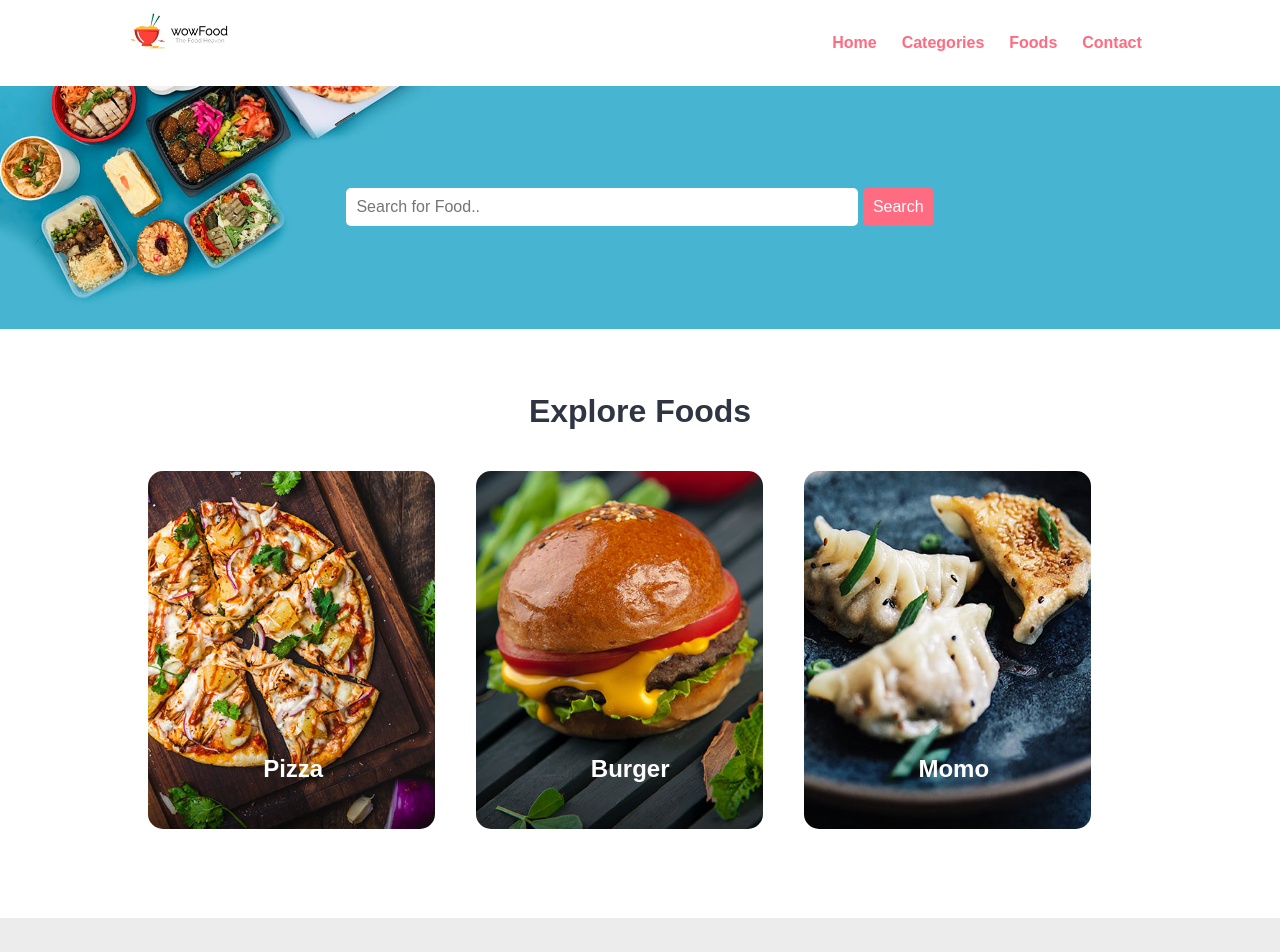
Repository: Saviour-Dagadu/food-order-front
Page: index.html
These files come from the project's save history. The page is drawn as it stood at one moment and after the next save; the edit follows.
The browser window is 1280 px wide. The pictures show the part of the page from y = 0 to 952 px (the page is 2355 px tall before and 2170 px after).
A picture or video elsewhere on the page could not be fetched, so the positions and the page height are approximate.

Above is the page before, as saved 2024-05-10 17:36:36.

### index.html
<!DOCTYPE html>
<html lang="en">
<head>
    <meta charset="UTF-8">
    <!-- Important to make website responsive -->
    <meta name="viewport" content="width=device-width, initial-scale=1.0">
    <title>Restaurant Website</title>

    <!-- Link our CSS file -->
    <link rel="stylesheet" href="css/style.css">
</head>

<body>
    <!-- Navbar Section Starts Here -->
    <section class="navbar">
        <div class="container">
            <div class="logo">
                <a href="#" title="Logo">
                    <img src="images/logo.png" alt="Restaurant Logo" class="img-responsive">
                </a>
            </div>

            <div class="menu text-right">
                <ul>
                    <li>
                        <a href="index.html">Home</a>
                    </li>
                    <li>
                        <a href="categories.html">Categories</a>
                    </li>
                    <li>
                        <a href="foods.html">Foods</a>
                    </li>
                    <li>
                        <a href="contact.html">Contact</a>
                    </li>
                </ul>
            </div>

            <div class="clearfix"></div>
        </div>
    </section>
    <!-- Navbar Section Ends Here -->

    <!-- fOOD sEARCH Section Starts Here -->
    <section class="food-search text-center">
        <div class="container">

            <form action="underConstruction.html" method="POST">
                <input type="search" name="search" placeholder="Search for Food.." required>
                <input type="submit" name="submit" value="Search" class="btn btn-primary">
            </form>

        </div>
    </section>
    <!-- fOOD sEARCH Section Ends Here -->

    <!-- CAtegories Section Starts Here -->
    <section class="categories">
        <div class="container">
            <h2 class="text-center">Explore Foods</h2>

            <a href="category-foods.html">
            <div class="box-3 float-container">
                <img src="images/pizza.jpg" alt="Pizza" class="img-responsive img-curve">

                <h3 class="float-text text-white">Pizza</h3>
            </div>
            </a>

            <a href="#">
            <div class="box-3 float-container">
                <img src="images/burger.jpg" alt="Burger" class="img-responsive img-curve">

                <h3 class="float-text text-white">Burger</h3>
            </div>
            </a>

            <a href="#">
            <div class="box-3 float-container">
                <img src="images/momo.jpg" alt="Momo" class="img-responsive img-curve">

                <h3 class="float-text text-white">Momo</h3>
            </div>
            </a>

            <div class="clearfix"></div>
        </div>
    </section>
    <!-- Categories Section Ends Here -->

    <!-- fOOD MEnu Section Starts Here -->
    <section class="food-menu">
        <div class="container">
            <h2 class="text-center">Food Menu</h2>

            <div class="food-menu-box">
                <div class="food-menu-img">
                    <img src="images/menu-pizza.jpg" alt="Chicke Hawain Pizza" class="img-responsive img-curve">
                </div>

                <div class="food-menu-desc">
                    <h4>Food Title</h4>
                    <p class="food-price">$2.3</p>
                    <p class="food-detail">
                        Made with Italian Sauce, Chicken, and organice vegetables.
                    </p>
                    <br>

                    <a href="order.html" class="btn btn-primary">Order Now</a>
                </div>
            </div>

            <div class="food-menu-box">
                <div class="food-menu-img">
                    <img src="images/menu-burger.jpg" alt="Chicke Hawain Pizza" class="img-responsive img-curve">
                </div>

                <div class="food-menu-desc">
                    <h4>Smoky Burger</h4>
                    <p class="food-price">$2.3</p>
                    <p class="food-detail">
                        Made with Italian Sauce, Chicken, and organice vegetables.
                    </p>
                    <br>

                    <a href="#" class="btn btn-primary">Order Now</a>
                </div>
            </div>

            <div class="food-menu-box">
                <div class="food-menu-img">
                    <img src="images/menu-burger.jpg" alt="Chicke Hawain Burger" class="img-responsive img-curve">
                </div>

                <div class="food-menu-desc">
                    <h4>Nice Burger</h4>
                    <p class="food-price">$2.3</p>
                    <p class="food-detail">
                        Made with Italian Sauce, Chicken, and organice vegetables.
                    </p>
                    <br>

                    <a href="#" class="btn btn-primary">Order Now</a>
                </div>
            </div>

            <div class="food-menu-box">
                <div class="food-menu-img">
                    <img src="images/menu-pizza.jpg" alt="Chicke Hawain Pizza" class="img-responsive img-curve">
                </div>

                <div class="food-menu-desc">
                    <h4>Food Title</h4>
                    <p class="food-price">$2.3</p>
                    <p class="food-detail">
                        Made with Italian Sauce, Chicken, and organice vegetables.
                    </p>
                    <br>

                    <a href="#" class="btn btn-primary">Order Now</a>
                </div>
            </div>

            <div class="food-menu-box">
                <div class="food-menu-img">
                    <img src="images/menu-pizza.jpg" alt="Chicke Hawain Pizza" class="img-responsive img-curve">
                </div>

                <div class="food-menu-desc">
                    <h4>Food Title</h4>
                    <p class="food-price">$2.3</p>
                    <p class="food-detail">
                        Made with Italian Sauce, Chicken, and organice vegetables.
                    </p>
                    <br>

                    <a href="#" class="btn btn-primary">Order Now</a>
                </div>
            </div>

            <div class="food-menu-box">
                <div class="food-menu-img">
                    <img src="images/menu-momo.jpg" alt="Chicke Hawain Momo" class="img-responsive img-curve">
                </div>

                <div class="food-menu-desc">
                    <h4>Chicken Steam Momo</h4>
                    <p class="food-price">$2.3</p>
                    <p class="food-detail">
                        Made with Italian Sauce, Chicken, and organice vegetables.
                    </p>
                    <br>

                    <a href="#" class="btn btn-primary">Order Now</a>
                </div>
            </div>


            <div class="clearfix"></div>



        </div>

        <p class="text-center">
            <a href="#">See All Foods</a>
        </p>
    </section>
    <!-- fOOD Menu Section Ends Here -->

    <!-- social Section Starts Here -->
<section class="social">
	<div class="container text-center">
		<ul>
			<li>
				<a href="https://www.facebook.com/saviou/"><img src="https://img.icons8.com/fluent/50/000000/facebook-new.png"/></a>
			</li>
			<li>
				<a href="https://www.instagram.com/saviour_dagadu/"><img src="https://img.icons8.com/fluent/48/000000/instagram-new.png"/></a>
			</li>
			<li>
				<a href="https://twitter.com/savicode"><img src="https://img.icons8.com/fluent/48/000000/twitter.png"/></a>
			</li>
		</ul>
	</div>
</section>
<!-- social Section Ends Here -->

<!-- footer Section Starts Here -->
<section class="footer">
	<div class="container text-center">
		<p>All rights reserved. Designed By <a href="https://saviourdagadu.netlify.app/">Saviour Dagadu</a></p>
	</div>
</section>
<!-- footer Section Ends Here -->

</body>
</html>

### css/style.css
/*
    Author: Vijay Thapa;
    Theme: Restaurant Food Order;
    version: 1.0;
*/

/* CSS for All */
*{
    margin: 0 0;
    padding: 0 0;
    font-family: Arial, Helvetica, sans-serif;
}
.container{
    width: 80%;
    margin: 0 auto;
    padding: 1%;
}
.img-responsive{
    width: 100%;
}
.img-curve{
    border-radius: 15px;
}

.text-right{
    text-align: right;
}
.text-center{
    text-align: center;
}
.text-left{
    text-align: left;
}
.text-white{
    color: white;
}

.clearfix{
    clear: both;
    float: none;
}

a{
    color: #ff6b81;
    text-decoration: none;
}
a:hover{
    color: #ff4757;
}

.btn{
    padding: 1%;
    border: none;
    font-size: 1rem;
    border-radius: 5px;
}
.btn-primary{
    background-color: #ff6b81;
    color: white;
    cursor: pointer;
}
.btn-primary:hover{
    color: white;
    background-color: #ff4757;
}
h2{
    color: #2f3542;
    font-size: 2rem;
    margin-bottom: 2%;
}
h3{
    font-size: 1.5rem;
}
.float-container{
    position: relative;
}
.float-text{
    position: absolute;
    bottom: 50px;
    left: 40%;
}
fieldset{
    border: 1px solid white;
    margin: 5%;
    padding: 3%;
    border-radius: 5px;
}


/* CSSS for navbar section */

.logo{
    width: 10%;
    float: left;
}
.menu{
    line-height: 60px;
}
.menu ul{
    list-style-type: none;
}

.menu ul li{
    display: inline;
    padding: 1%;
    font-weight: bold;
}


/* CSS for Food SEarch Section */

.food-search{
    background-image: url(../images/bg.jpg);
    background-size: cover;
    background-repeat: no-repeat;
    background-position: center;
    padding: 7% 0;
}

.food-search input[type="search"]{
    width: 50%;
    padding: 1%;
    font-size: 1rem;
    border: none;
    border-radius: 5px;
}


/* CSS for Categories */
.categories{
    padding: 4% 0;
}

.box-3{
    width: 28%;
    float: left;
    margin: 2%;
}


/* CSS for Food Menu */
.food-menu{
    background-color: #ececec;
    padding: 4% 0;
}
.food-menu-box{
    width: 43%;
    margin: 1%;
    padding: 2%;
    float: left;
    background-color: white;
    border-radius: 15px;
}

.food-menu-img{
    width: 20%;
    float: left;
}

.food-menu-desc{
    width: 70%;
    float: left;
    margin-left: 8%;
}

.food-price{
    font-size: 1.2rem;
    margin: 2% 0;
}
.food-detail{
    font-size: 1rem;
    color: #747d8c;
}


/* CSS for Social */
.social ul{
    list-style-type: none;
}
.social ul li{
    display: inline;
    padding: 1%;
}

/* for Order Section */
.order{
    width: 50%;
    margin: 0 auto;
}
.input-responsive{
    width: 96%;
    padding: 1%;
    margin-bottom: 3%;
    border: none;
    border-radius: 5px;
    font-size: 1rem;
}
.order-label{
    margin-bottom: 1%;
    font-weight: bold;
}

/* Contact Section*/

#info{
    padding: 30px 0;
}

#info .container{
     display: flex;
}

#info .info{
    width: 28%;
    height: 300px;
    border-radius: 10px;
    overflow: hidden;

}

#info .info-text{
    border: 1px solid lightgray;
    padding: 10px;
}

#info .info-text h4{
    margin: 5px;
}

#info .info-text .info-text-call{
    margin-bottom: 20px;
}

#info .info-image{
margin-right: 10px;
overflow: hidden;
box-shadow: 0 0 5px #333;
transform: scale (1.04);
transition: all .4s ease-in-out;
}

#info .info-image:hover{
transform: translateY(-15px) scale(1.1);
box-shadow: 0 0 10px #333;
}
#info .info-image img{
max-width: 100%;
height: auto
}

#info .info-image:hover .info-image img{
opacity: 1;
}

       /* message Section */
#message{
    padding: 30px 0;
    background-color: lightgray;
}

#message .message-top{
    text-align: center;
    margin-bottom: 20px;
}

#message .message-top h3{
    text-transform: uppercase;
    margin: 0;
}

#message .message-top h3::after{
    content: "";
    display: block;
    width: 50px;
    height: 3px;
    background-color: gray;
    margin: 10px auto 0;
}

#message .message-bottom{
    color: black;
}

#message .message-bottom label{
    display: block;
    font-size: 17px;
    font-weight: 500;
    margin-bottom: 5px;
}

#message .message-bottom .form-group{
    margin-bottom: 10px;
}

#message .message-bottom .input{
    display: block;
    height: 40px;
    border-radius: 5px;
    border: 1px solid brown;
    padding-left: 10px;
    padding-right: 10px;
    width: 100%;
    font-size: 15px;
    font-family: 'Segoe UI', Tahoma, Geneva, Verdana, Sans-serif;
}

#message .message-bottom input,
#message .message-bottom textarea,
#message .message-bottom button{
    outline: none;
}

#message  textarea{
    width: 100%;
    height: 200px;
    border-radius: 5px;
    border: 1px solid brown;
    background-color: white;
    padding: 5px 10px;
    font: 15px 'Segoe UI', Tahoma, Geneva, Verdana, Sans-serif;
}

#message .message-bottom .btn{
    padding: 10px 20px;
    background-color: brown;
    text-transform: uppercase;
    font: 15px 'Segoe UI', Tahoma, Geneva, Verdana, Sans-serif;
    border: none;
    border-radius: 5px;
    font-weight: 500;
    color: #fff;
    cursor: pointer;
}


/* CSS for Mobile Size or Smaller Screen */

@media only screen and (max-width:768px){
    .logo{
        width: 80%;
        float: none;
        margin: 1% auto;
    }

    .menu ul{
        text-align: center;
    }

    .food-search input[type="search"]{
        width: 90%;
        padding: 2%;
        margin-bottom: 3%;
    }

    .btn{
        width: 91%;
        padding: 2%;
    }

    .food-search{
        padding: 10% 0;
    }

    .categories{
        padding: 20% 0;
    }
    h2{
        margin-bottom: 10%;
    }
    .box-3{
        width: 100%;
        margin: 4% auto;
    }

    .food-menu{
        padding: 20% 0;
    }

    .food-menu-box{
        width: 90%;
        padding: 5%;
        margin-bottom: 5%;
    }
    .social{
        padding: 5% 0;
    }
    .order{
        width: 100%;
    }
}

After the next save:
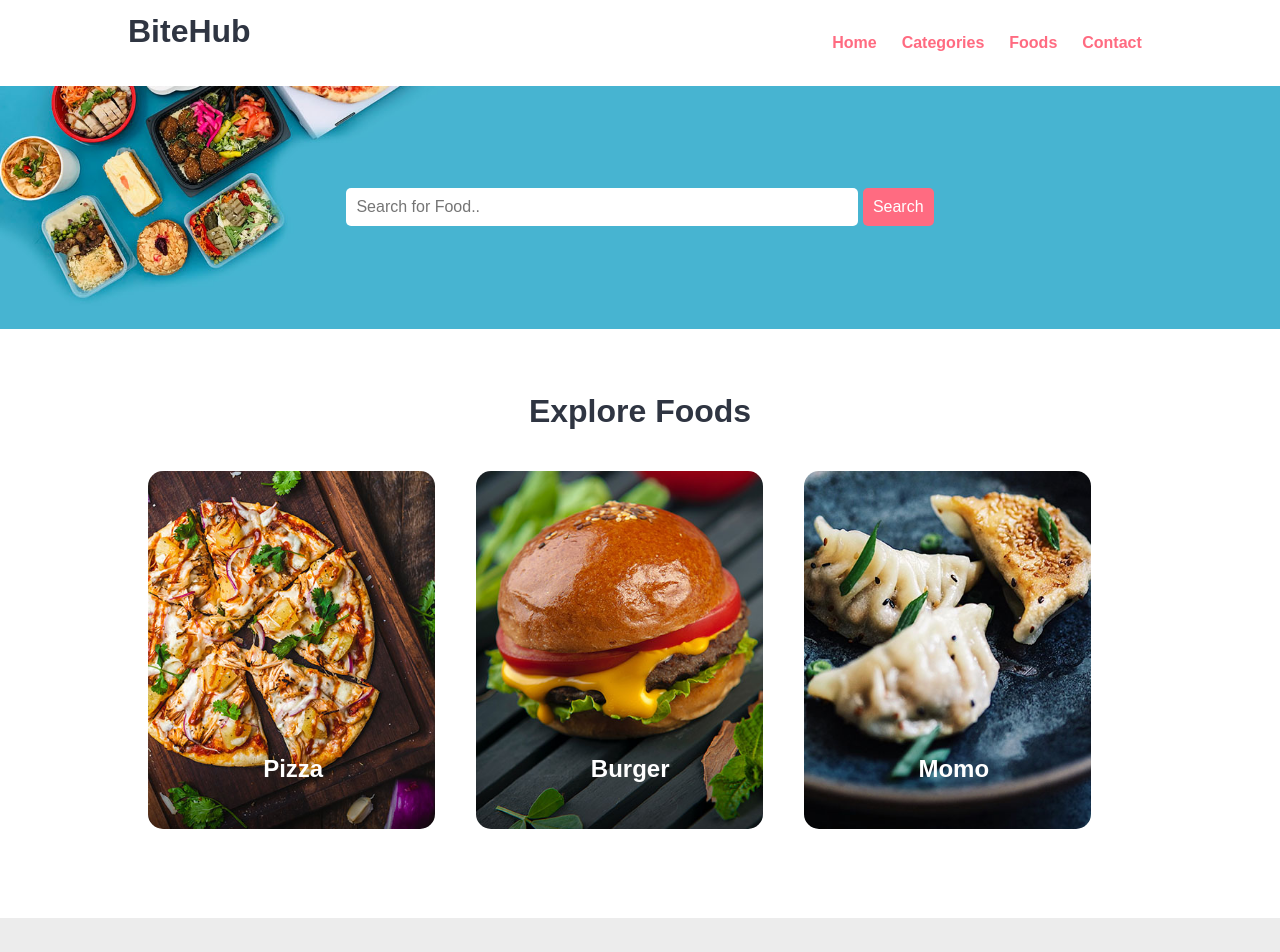
Saved 5 days later.
--- a/index.html
+++ b/index.html
@@ -16,7 +16,8 @@
         <div class="container">
             <div class="logo">
                 <a href="#" title="Logo">
-                    <img src="images/logo.png" alt="Restaurant Logo" class="img-responsive">
+                    <h2>BiteHub</h2>
+                    <!-- <img src="images/logo.png" alt="Restaurant Logo" class="img-responsive"> -->
                 </a>
             </div>
 
@@ -100,6 +101,59 @@
                 </div>
 
                 <div class="food-menu-desc">
+                    <h4>Pizza</h4>
+                    <p class="food-price">Ghc 50</p>
+                    <p class="food-detail">
+                        Made with Italian Sauce, Chicken, and organice vegetables.
+                    </p>
+                    <br>
+
+                    <a href="order.html" class="btn btn-primary">Order Now</a>
+                </div>
+            </div>
+
+            <div class="food-menu-box">
+                <div class="food-menu-img">
+                    <img src="images/menu-burger.jpg" alt="Chicke Hawain Pizza" class="img-responsive img-curve">
+                </div>
+
+                <div class="food-menu-desc">
+                    <h4>Smoky Burger</h4>
+                    <p class="food-price">Ghc 20</p>
+                    <p class="food-detail">
+                        Made with Italian Sauce, Chicken, and organice vegetables.
+                    </p>
+                    <br>
+
+                    <a href="order.html" class="btn btn-primary">Order Now</a>
+                </div>
+            </div>
+
+            <div class="food-menu-box">
+                <div class="food-menu-img">
+                    <img src="images/menu-burger.jpg" alt="Chicke Hawain Burger" class="img-responsive img-curve">
+                </div>
+
+                <div class="food-menu-desc">
+                    <h4>Nice Burger</h4>
+                    <p class="food-price">Ghc 20</p>
+                    <p class="food-detail">
+                        Made with Italian Sauce, Chicken, and organize vegetables.
+                    </p>
+                    <br>
+
+                    <a href="order.html" class="btn btn-primary">Order Now</a>
+                </div>
+            </div>
+
+
+
+            <!-- <div class="food-menu-box">
+                <div class="food-menu-img">
+                    <img src="images/menu-pizza.jpg" alt="Chicke Hawain Pizza" class="img-responsive img-curve">
+                </div>
+
+                <div class="food-menu-desc">
                     <h4>Food Title</h4>
                     <p class="food-price">$2.3</p>
                     <p class="food-detail">
@@ -109,75 +163,7 @@
 
                     <a href="order.html" class="btn btn-primary">Order Now</a>
                 </div>
-            </div>
-
-            <div class="food-menu-box">
-                <div class="food-menu-img">
-                    <img src="images/menu-burger.jpg" alt="Chicke Hawain Pizza" class="img-responsive img-curve">
-                </div>
-
-                <div class="food-menu-desc">
-                    <h4>Smoky Burger</h4>
-                    <p class="food-price">$2.3</p>
-                    <p class="food-detail">
-                        Made with Italian Sauce, Chicken, and organice vegetables.
-                    </p>
-                    <br>
-
-                    <a href="#" class="btn btn-primary">Order Now</a>
-                </div>
-            </div>
-
-            <div class="food-menu-box">
-                <div class="food-menu-img">
-                    <img src="images/menu-burger.jpg" alt="Chicke Hawain Burger" class="img-responsive img-curve">
-                </div>
-
-                <div class="food-menu-desc">
-                    <h4>Nice Burger</h4>
-                    <p class="food-price">$2.3</p>
-                    <p class="food-detail">
-                        Made with Italian Sauce, Chicken, and organice vegetables.
-                    </p>
-                    <br>
-
-                    <a href="#" class="btn btn-primary">Order Now</a>
-                </div>
-            </div>
-
-            <div class="food-menu-box">
-                <div class="food-menu-img">
-                    <img src="images/menu-pizza.jpg" alt="Chicke Hawain Pizza" class="img-responsive img-curve">
-                </div>
-
-                <div class="food-menu-desc">
-                    <h4>Food Title</h4>
-                    <p class="food-price">$2.3</p>
-                    <p class="food-detail">
-                        Made with Italian Sauce, Chicken, and organice vegetables.
-                    </p>
-                    <br>
-
-                    <a href="#" class="btn btn-primary">Order Now</a>
-                </div>
-            </div>
-
-            <div class="food-menu-box">
-                <div class="food-menu-img">
-                    <img src="images/menu-pizza.jpg" alt="Chicke Hawain Pizza" class="img-responsive img-curve">
-                </div>
-
-                <div class="food-menu-desc">
-                    <h4>Food Title</h4>
-                    <p class="food-price">$2.3</p>
-                    <p class="food-detail">
-                        Made with Italian Sauce, Chicken, and organice vegetables.
-                    </p>
-                    <br>
-
-                    <a href="#" class="btn btn-primary">Order Now</a>
-                </div>
-            </div>
+            </div> -->
 
             <div class="food-menu-box">
                 <div class="food-menu-img">
@@ -186,13 +172,13 @@
 
                 <div class="food-menu-desc">
                     <h4>Chicken Steam Momo</h4>
-                    <p class="food-price">$2.3</p>
-                    <p class="food-detail">
-                        Made with Italian Sauce, Chicken, and organice vegetables.
-                    </p>
-                    <br>
-
-                    <a href="#" class="btn btn-primary">Order Now</a>
+                    <p class="food-price">Ghc 50</p>
+                    <p class="food-detail">
+                        Made with Italian Sauce, Chicken, and organice vegetables.
+                    </p>
+                    <br>
+
+                    <a href="order.html" class="btn btn-primary">Order Now</a>
                 </div>
             </div>
 
